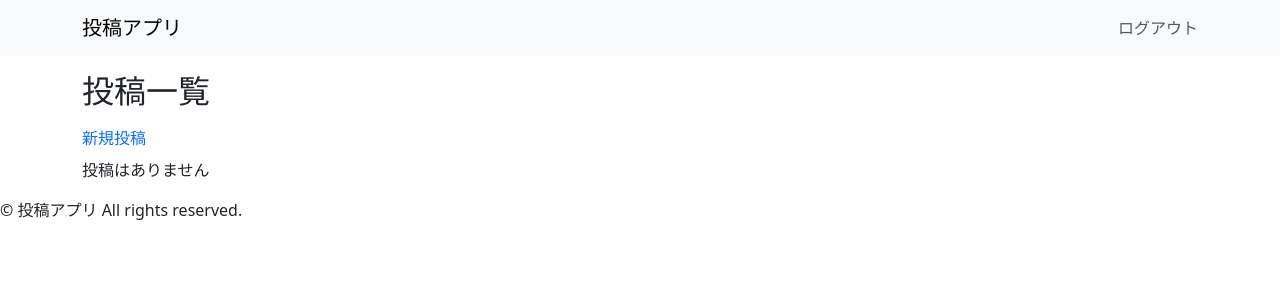
Repository: Yu62ballena/laravel_posting_app
Page: http://localhost/posts
An editor plug-in stored every save of this project. The page is shown before and after a run of saves, followed by the edit.
The browser window is 1280 px wide. The pictures show the whole page.
The page is served by the project's Laravel application, run on PHP 8.4 with Laravel 10. A made-up administrator, Test User (test@example.com), is signed in. Other server files are loaded and not shown. Queries for data that is not in the repository find no rows.

Above is the page before, as saved 2024-05-21 13:56:25.

### routes/web.php
<?php

use App\Http\Controllers\ProfileController;
use Illuminate\Support\Facades\Route;
use App\Http\Controllers\PostController;

/*
|--------------------------------------------------------------------------
| Web Routes
|--------------------------------------------------------------------------
|
| Here is where you can register web routes for your application. These
| routes are loaded by the RouteServiceProvider and all of them will
| be assigned to the "web" middleware group. Make something great!
|
*/
Route::get('/', [PostController::class, 'index'])->middleware(['auth', 'verified'])->name('posts.index');

// Route::get('/dashboard', function () {
//     return view('dashboard');
// })->middleware(['auth', 'verified'])->name('dashboard');

// Route::middleware('auth')->group(function () {
//     Route::get('/profile', [ProfileController::class, 'edit'])->name('profile.edit');
//     Route::patch('/profile', [ProfileController::class, 'update'])->name('profile.update');
//     Route::delete('/profile', [ProfileController::class, 'destroy'])->name('profile.destroy');
// });

require __DIR__.'/auth.php';

// Route::get('/posts', [PostController::class, 'index'])->middleware(['auth', 'verified'])->name('posts.index');
// Route::get('/posts/create', [PostController::class, 'create'])->middleware(['auth', 'verified'])->name('posts.create');
// Route::post('/posts', [PostController::class, 'store'])->middleware(['auth', 'verified'])->name('posts.store');
// Route::get('/posts/{post}', [PostController::class, 'show'])->middleware(['auth', 'verified'])->name('posts.show');
// Route::get('/posts/{post}/edit', [PostController::class, 'edit'])->middleware(['auth', 'verified'])->name('posts.edit');
// Route::patch('/posts/{post}', [PostController::class, 'update'])->middleware(['auth', 'verified'])->name('posts.update');
// Route::delete('/posts/{post}', [PostController::class, 'destroy'])->middleware(['auth', 'verified'])->name('posts.destroy');

Route::resource('posts', PostController::class)->middleware(['auth', 'verified']);

### app/Models/User.php
<?php

namespace App\Models;

// use Illuminate\Contracts\Auth\MustVerifyEmail;
use Illuminate\Database\Eloquent\Factories\HasFactory;
use Illuminate\Foundation\Auth\User as Authenticatable;
use Illuminate\Notifications\Notifiable;
use Laravel\Sanctum\HasApiTokens;
use Illuminate\Contracts\Auth\MustVerifyEmail;

class User extends Authenticatable implements MustVerifyEmail
{
    use HasApiTokens, HasFactory, Notifiable;

    /**
     * The attributes that are mass assignable.
     *
     * @var array<int, string>
     */
    protected $fillable = [
        'name',
        'email',
        'password',
    ];

    /**
     * The attributes that should be hidden for serialization.
     *
     * @var array<int, string>
     */
    protected $hidden = [
        'password',
        'remember_token',
    ];

    /**
     * The attributes that should be cast.
     *
     * @var array<string, string>
     */
    protected $casts = [
        'email_verified_at' => 'datetime',
        'password' => 'hashed',
    ];

    public function posts() {
        return $this->hasMany(Post::class);
    }
}

### app/Http/Controllers/PostController.php
<?php

namespace App\Http\Controllers;

use Illuminate\Http\Request;
use App\Models\Post;
use Illuminate\Support\Facades\Auth;
use App\Http\Requests\PostRequest;

class PostController extends Controller
{
    public function index() {
        $posts = Auth::user()->posts()->orderBy('created_at', 'desc')->get();

        return view('posts.index', compact('posts'));
    }

    public function show(Post $post) {
        return view('posts.show', compact('post'));
    }

    public function create() {
        return view('posts.create');
    }

    public function store(PostRequest $request) {
        $post = new Post();
        $post->title = $request->input('title');
        $post->content = $request->input('content');
        $post->user_id = Auth::id();
        $post->save();

        return redirect()->route('posts.index')->with('flash_message', '投稿が完了しました。');
    }

    public function edit(Post $post) {
        if($post->user_id !== Auth::id()) {
            return redirect()->route('posts.index')->with('error_message', '不正なアクセスです。');
        }

        return view('posts.edit', compact('post'));
    }

    public function update(PostRequest $request, Post $post) {
        if($post->user_id !== Auth::id()) {
            return redirect()->route('posts.index')->with('error_message', '不正なアクセスです。');
        }

        $post->title = $request->input('title');
        $post->content = $request->input('content');
        $post->save();

        return redirect()->route('posts.show', $post)->with('flash_message', '投稿を編集しました。');
    }

    public function destroy(Post $post) {
        if($post->user_id !== Auth::id()) {
            return redirect()->route('posts.index')->with('error_message', '不正なアクセスです。');
        }

        $post->delete();

        return redirect()->route('posts.index')->with('flash_message', '投稿を削除しました。');
    }
}

### app/Models/Post.php
<?php

namespace App\Models;

use Illuminate\Database\Eloquent\Factories\HasFactory;
use Illuminate\Database\Eloquent\Model;

class Post extends Model
{
    use HasFactory;

    public function user() {
        return $this->belongsTo(User::class);
    }
}

### resources/views/posts/index.blade.php
<!DOCTYPE html>
<html lang="ja">
<head>
    <meta charset="UTF-8">
    <meta name="viewport" content="width=device-width, initial-scale=1.0">
    <meta http-equiv="X-UA-Compatible" content="ie=edge">
    <title>投稿一覧</title>

      {{-- Bootstrap --}}
      <link href="https://cdn.jsdelivr.net/npm/bootstrap@5.3.0/dist/css/bootstrap.min.css" rel="stylesheet" integrity="sha384-9ndCyUaIbzAi2FUVXJi0CjmCapSmO7SnpJef0486qhLnuZ2cdeRhO02iuK6FUUVM" crossorigin="anonymous">
</head>
<body>
    <header>
        <nav class="navbar navbar-light bg-light">
<div class="container">
                <a href="{{ route('posts.index') }}" class="navbar-brand">投稿アプリ</a>

                <ul class="navbar-nav">
                    <li class="nav-item">
                        <a href="{{ route('logout') }}" class="nav-link" onclick="event.preventDefault(); document.getElementById('logout-form').submit();">ログアウト</a>
                        <form id="logout-form" action="{{ route('logout') }}" method="POST">
                            @csrf
                        </form>
                    </li>
                </ul>
</div>
        </nav>
    </header>

        <main>
            <div class="container">
                <h1 class="fs-2 my-3">投稿一覧</h1>

                @if(session('flash_message'))
                    <p class="text-success">{{ session('flash_message') }}</p>
                @endif

                @if(session('error_message'))
                    <p class="text-danger">{{ session('error_message') }}</p>
                @endif

                <div class="mb-2">
                    <a href="{{ route('posts.create') }}" class="text-decoration-none">新規投稿</a>
                </div>

                @if($posts->isNotEmpty())
                    @foreach ($posts as $post)
                        <article>
                            <div class="card mb-3">
                                <div class="card-body">
                                    <h2 class="card-title fs-5">{{ $post->title }}</h2>
                                    <p class="card-text">{{ $post->content }}</p>
                                    <div class="d-flex">
                                        <a href="{{ route('posts.show', $post) }}" class="btn btn-outline-primary d-block me-1">詳細</a>
                                        <a href="{{ route('posts.edit', $post) }}" class="btn btn-outline-primary d-block me-1">編集</a>
                                        <form action="{{ route('posts.destroy', $post) }}" method="POST" onsubmit="return confirm('本当に削除してもよろしいですか？');">
                                            @csrf
                                            @method('DELETE')
                                            <button type="submit" class="btn btn-outline-danger">削除</button>
                                        </form>
                                    </div>
                                </div>
                            </div>
                        </article>
                    @endforeach
                @else
                    <p>投稿はありません</p>
                @endif
            </div>
        </main>

        <footer>
            <p>&copy; 投稿アプリ All rights reserved.</p>
        </footer>

         {{-- Bootstrap --}}
     <script src="https://cdn.jsdelivr.net/npm/bootstrap@5.3.0/dist/js/bootstrap.bundle.min.js" integrity="sha384-geWF76RCwLtnZ8qwWowPQNguL3RmwHVBC9FhGdlKrxdiJJigb/j/68SIy3Te4Bkz" crossorigin="anonymous"></script>

</body>
</html>

Loaded but not shown: routes/auth.php (common file); app/Http/Controllers/Auth/EmailVerificationPromptController.php (common file); app/Http/Controllers/Controller.php (common file); app/Http/Controllers/Auth/VerifyEmailController.php (common file)

After the next 4 saves:
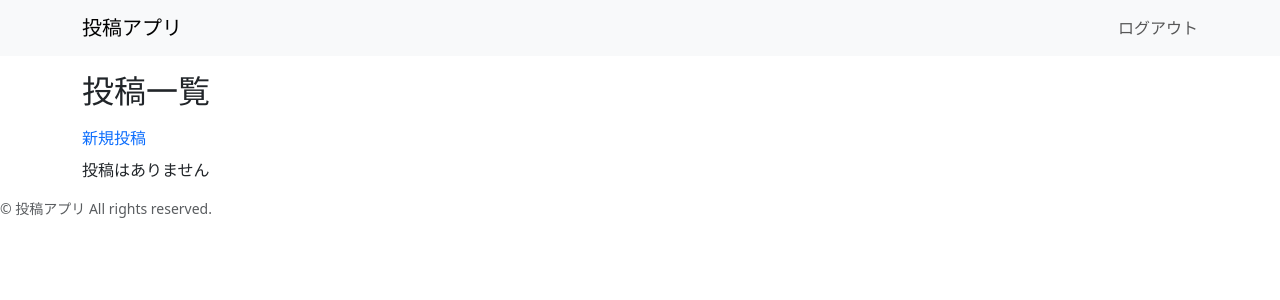
The 4 saves are shown as one change because they came seconds apart.
The last was saved 33 s later.
--- a/resources/views/posts/index.blade.php
+++ b/resources/views/posts/index.blade.php
@@ -69,7 +69,7 @@
             </div>
         </main>
 
-        <footer>
+        <footer class="text-muted small mb-0">
             <p>&copy; 投稿アプリ All rights reserved.</p>
         </footer>
 
